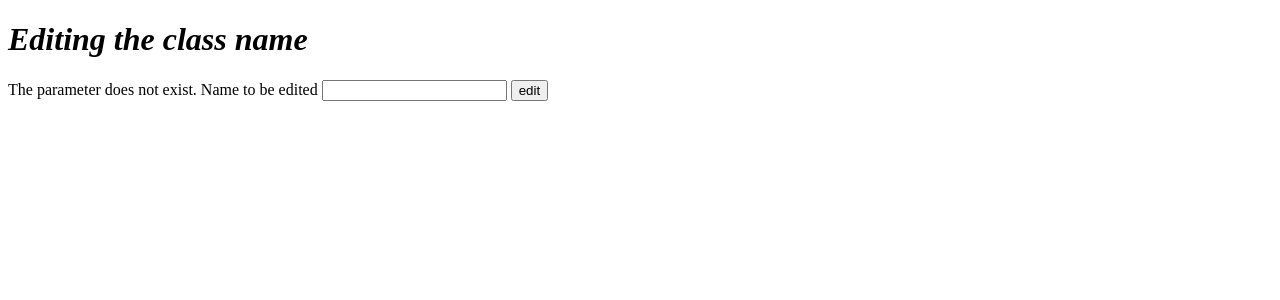
Repository: goswamiyogesh/mymovieplanproject6b
Page: http://localhost/LearnerAcademyProject/editclasses.jsp
These files come from the project's save history. The page is drawn as it stood at one moment and after the next save; the edit follows.
The browser window is 1280 px wide. The pictures show the whole page.
The page is served by Tomcat 9.

Above is the page before, as saved 2022-12-07 22:11:03.

After the next save:
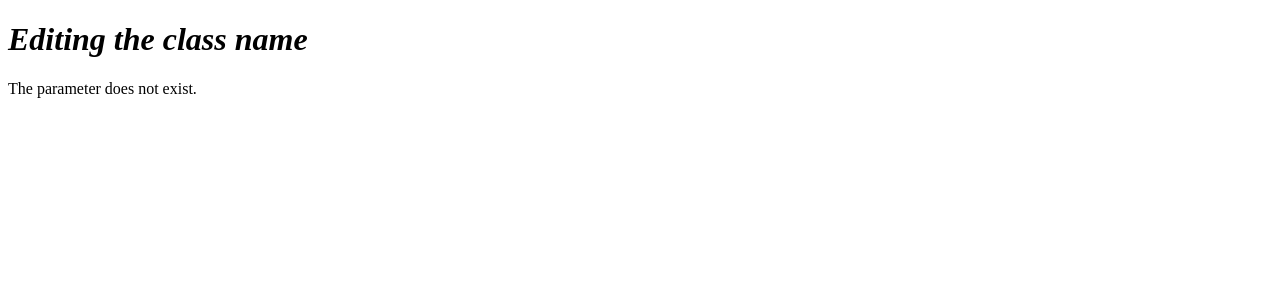
Saved 97 s later.
--- a/LearnerAcademyProject/src/main/webapp/editclasses.jsp
+++ b/LearnerAcademyProject/src/main/webapp/editclasses.jsp
@@ -19,10 +19,10 @@
                 out.write("The parameter does not exist.");
             }
         %>
-<input type="hidden" name=value>
+<%--<input type="hidden" name=value>
 
 Name to be edited <input type="text" name="ClassName">
-<input type="submit" value="edit">
+<input type="submit" value="edit">--%>
 
 </body>
 </html>
